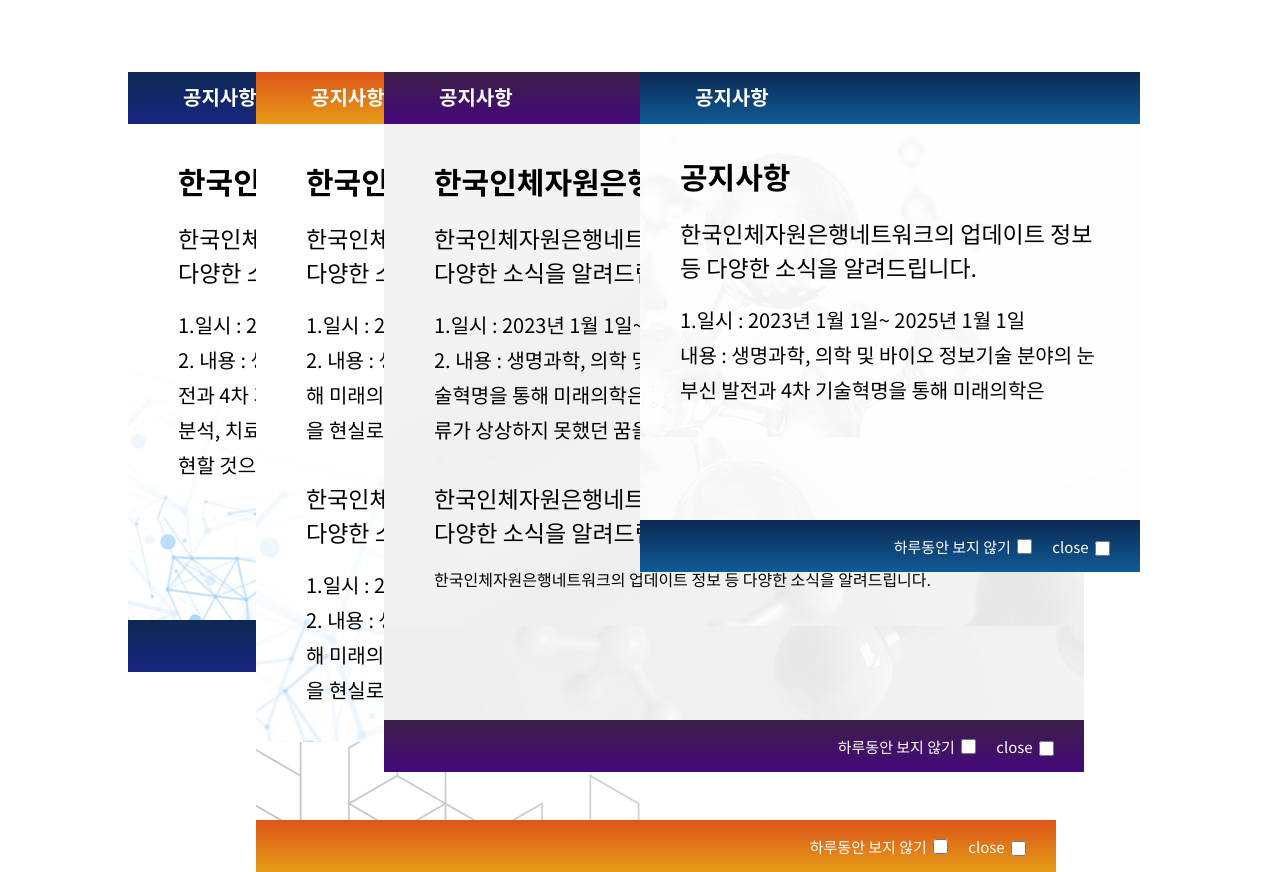
Repository: dlgywls1130/common_popup
Page: index.html
These files come from the project's save history. The page is drawn as it stood at one moment and after the next save; the edit follows.
The browser window is 1280 px wide. The pictures show the whole page.

Above is the page before, as saved 2023-10-26 19:56:50.

After the next save:
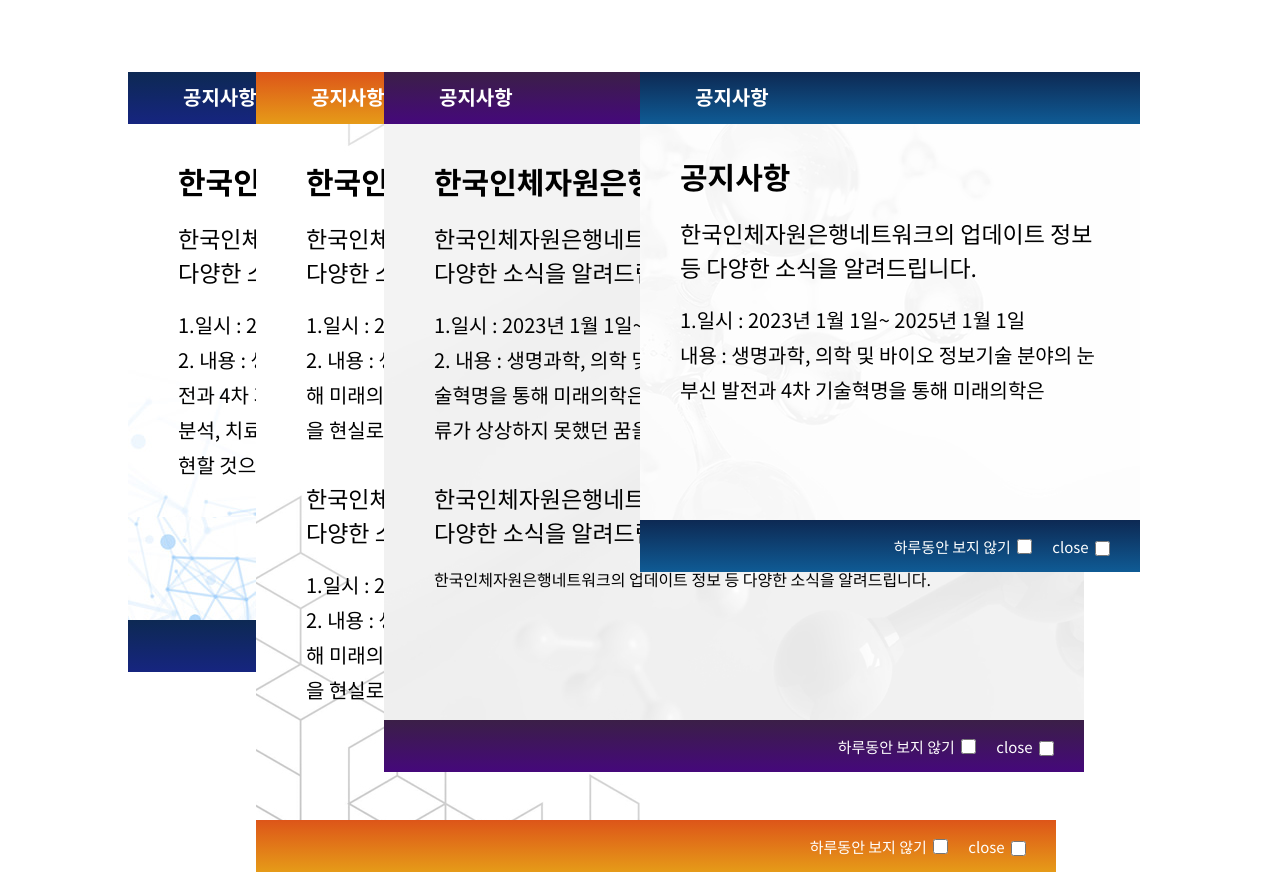
Saved 16 min 36 s later.
--- a/style.css
+++ b/style.css
@@ -58,7 +58,7 @@
 .common_modal.orange {
     width: 800px;
     height: 800px;
-    background: url('../img/bg2.jpg')no-repeat;
+    background: url('./img/bg2.jpg')no-repeat;
     background-size: cover;
     left: 20%;
 }
@@ -66,7 +66,7 @@
 .common_modal.purple {
     width: 700px;
     height: 700px;
-    background: url('../img/bg3.jpg')no-repeat;
+    background: url('./img/bg3.jpg')no-repeat;
     background-size: cover;
     left: 30%;
 }
@@ -74,13 +74,13 @@
 .common_modal.sky {
     width: 500px;
     height: 500px;
-    background: url('../img/bg4.jpg')no-repeat;
+    background: url('./img/bg4.jpg')no-repeat;
     background-size: cover;
     left: 50%;
 }
 
 .common_modal.blue .common_body{
-    background: url('../img/bg1.jpg')no-repeat;
+    background: url('./img/bg1.jpg')no-repeat;
     background-size: cover;
     width: 100%;
     padding: 35px 50px;
@@ -88,7 +88,6 @@
 }
 
 .common_modal.orange .common_body{
-    background: url('./img/bg1.jpg')no-repeat;
     background-size: cover;
     width: 100%;
     padding: 35px 50px;
@@ -96,7 +95,6 @@
 }
 
 .common_modal.purple .common_body{
-    background: url('./img/bg3.jpg')no-repeat;
     background-size: cover;
     width: 100%;
     padding: 35px 50px;
@@ -104,7 +102,6 @@
 }
 
 .common_modal.sky .common_body{
-    background: url('./img/bg4.jpg')no-repeat;
     background-size: cover;
     width: 100%;
     padding: 30px 40px;
